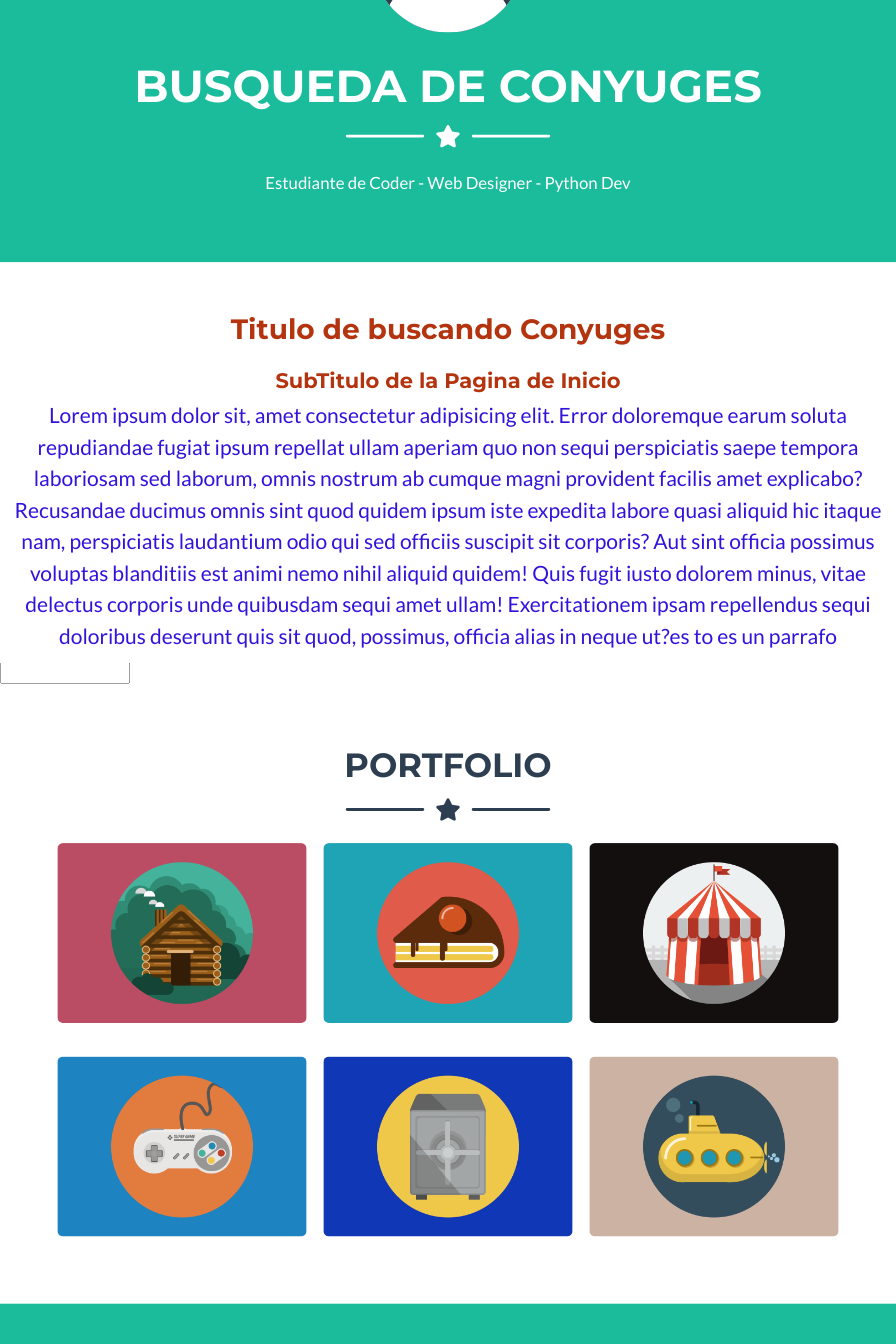
Repository: gadiazsaavedra/Familiares
Page: ProyectoFamiliar/ProyectoFamiliar/AppFamiliar/templates/AppFamiliar/busquedaConyuge.html
The author's editor kept a copy of each file at every save. The page is drawn from the files as they stood at one save, then again after a run of saves.
The browser window is 1280 px wide. The pictures show the part of the page from y = 409 to 2329 px (the page is 4524 px tall), at 70% of full size.
The template is drawn by Django 3.2. The application's start-up code is not run. Other server files are loaded and not shown. The template is opened directly, without the code that normally fills it, so the values that code supplies are empty.

Above is the page before, as saved 2021-12-11 00:13:07.

### ProyectoFamiliar/ProyectoFamiliar/AppFamiliar/templates/AppFamiliar/busquedaConyuge.html
{% extends "AppFamiliar/padre.html" %}


{% load static %}


        {% block contenido2 %}
        <h1 class="masthead-heading text-uppercase mb-0">Busqueda de Conyuges</h1>
        {% endblock %}

{% block contenido %}

<br>
<br>
<br>
<h1 style="text-align: center; color:rgb(179, 52, 14); font-size:40px">Titulo de buscando Conyuges</h1>
<br>
<h2 style="text-align: center; color:rgb(179, 52, 14); font-size:30px; font-family: Montserrat;">SubTitulo de la Pagina de Inicio</h2>

<p style="text-align: center; color:rgb(49, 19, 219); font-size:30px">Lorem ipsum dolor sit, amet consectetur adipisicing elit. Error doloremque earum soluta repudiandae fugiat ipsum repellat ullam aperiam quo non sequi perspiciatis saepe tempora laboriosam sed laborum, omnis nostrum ab cumque magni provident facilis amet explicabo? Recusandae ducimus omnis sint quod quidem ipsum iste expedita labore quasi aliquid hic itaque nam, perspiciatis laudantium odio qui sed officiis suscipit sit corporis? Aut sint officia possimus voluptas blanditiis est animi nemo nihil aliquid quidem! Quis fugit iusto dolorem minus, vitae delectus corporis unde quibusdam sequi amet ullam! Exercitationem ipsam repellendus sequi doloribus deserunt quis sit quod, possimus, officia alias in neque ut?es to es un parrafo</p>
        <form action="/AppFamiliar/buscar/" method="GET">
                <input type="text" name="nombre" id="nombre">
        </form>

{% endblock %}

Loaded but not shown: ProyectoFamiliar/ProyectoFamiliar/AppFamiliar/static/AppFamiliar/css/styles.css (library); ProyectoFamiliar/ProyectoFamiliar/AppFamiliar/static/AppFamiliar/assets/img/avataaars.svg (248 lines, source omitted); ProyectoFamiliar/ProyectoFamiliar/AppFamiliar/static/AppFamiliar/js/scripts.js (54 lines, source omitted); ProyectoFamiliar/ProyectoFamiliar/AppFamiliar/templates/AppFamiliar/padre.html (473 lines, source omitted)

After the next 2 saves:
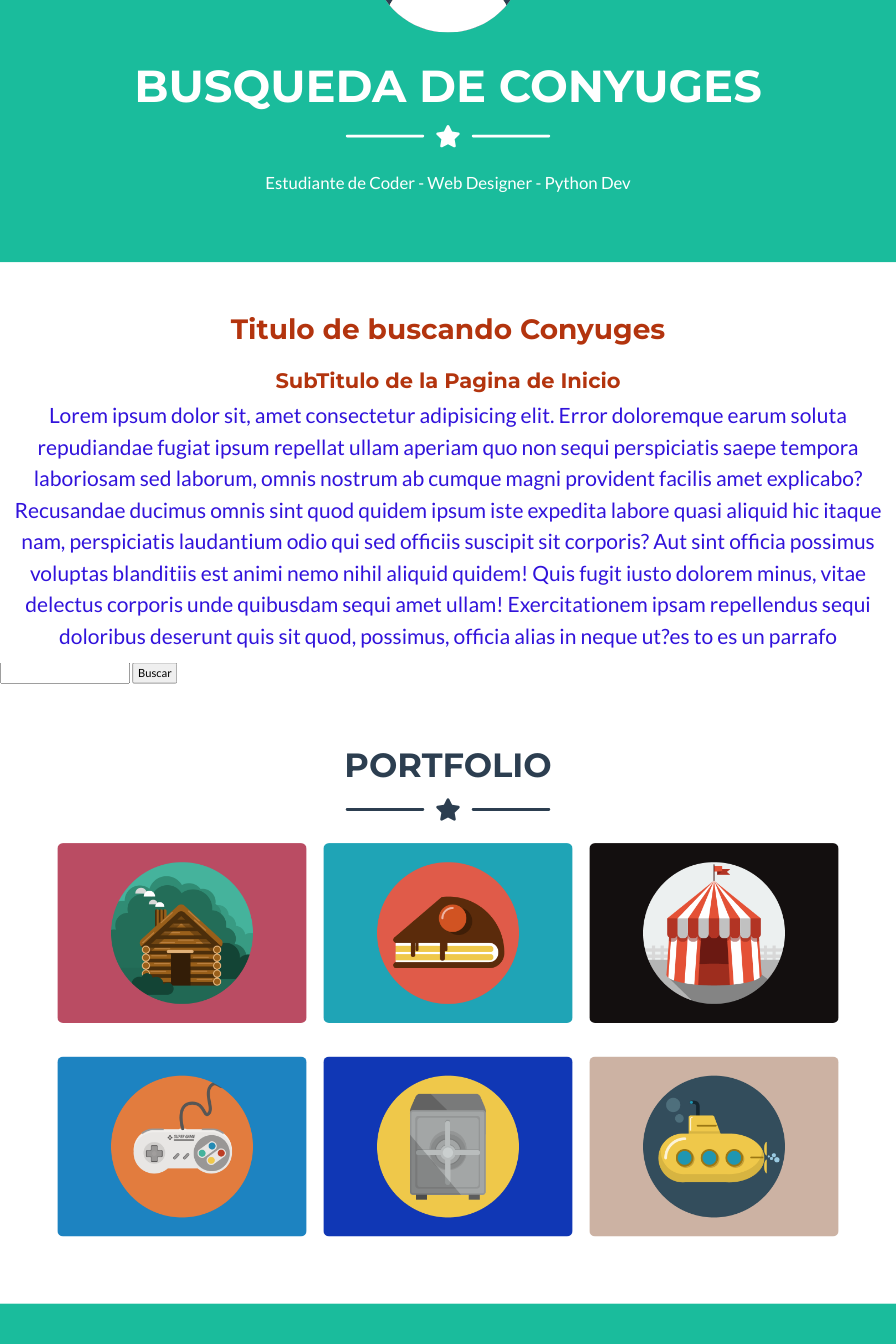
The 2 saves are shown as one change because they came seconds apart.
The last was saved 10 s later.
--- a/ProyectoFamiliar/ProyectoFamiliar/AppFamiliar/templates/AppFamiliar/busquedaConyuge.html
+++ b/ProyectoFamiliar/ProyectoFamiliar/AppFamiliar/templates/AppFamiliar/busquedaConyuge.html
@@ -20,6 +20,7 @@
 <p style="text-align: center; color:rgb(49, 19, 219); font-size:30px">Lorem ipsum dolor sit, amet consectetur adipisicing elit. Error doloremque earum soluta repudiandae fugiat ipsum repellat ullam aperiam quo non sequi perspiciatis saepe tempora laboriosam sed laborum, omnis nostrum ab cumque magni provident facilis amet explicabo? Recusandae ducimus omnis sint quod quidem ipsum iste expedita labore quasi aliquid hic itaque nam, perspiciatis laudantium odio qui sed officiis suscipit sit corporis? Aut sint officia possimus voluptas blanditiis est animi nemo nihil aliquid quidem! Quis fugit iusto dolorem minus, vitae delectus corporis unde quibusdam sequi amet ullam! Exercitationem ipsam repellendus sequi doloribus deserunt quis sit quod, possimus, officia alias in neque ut?es to es un parrafo</p>
         <form action="/AppFamiliar/buscar/" method="GET">
                 <input type="text" name="nombre" id="nombre">
+                <input type="submit" value="Buscar">
         </form>
 
 {% endblock %}
